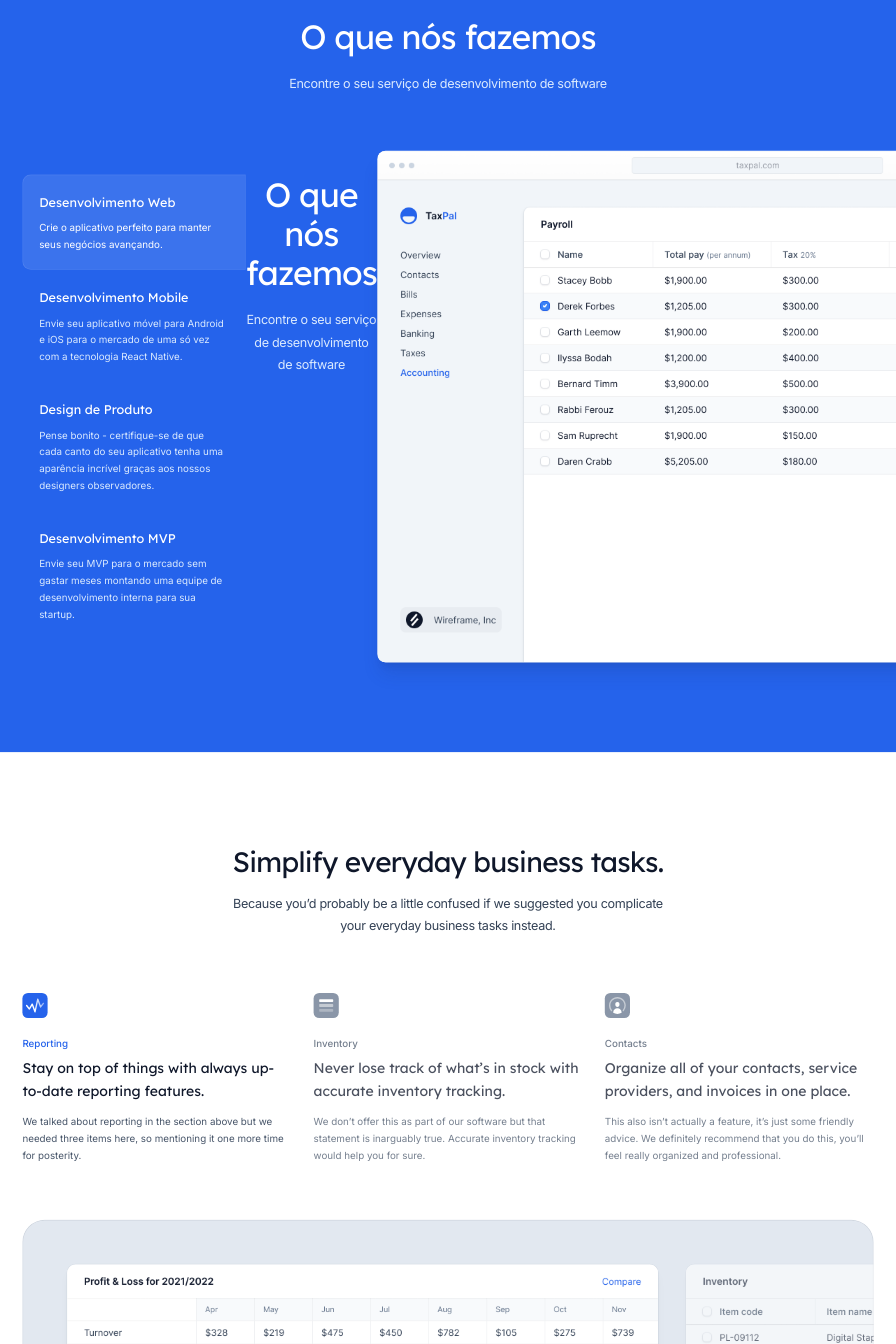
Repository: LuisSempre/imaginative
Page: /
The author's editor kept a copy of each file at every save. The page is drawn from the files as they stood at one save, then again after the next save.
The browser window is 1280 px wide. The pictures show the part of the page from y = 1988 to 3908 px (the page is 9918 px tall before and 10030 px after), at 70% of full size.
The project was rebuilt for these pictures with package versions that can differ from the ones it lists, and the page was loaded fresh each time. The framework's server and built-in components were replaced by stand-ins that run in the browser. Also part of the build but not shown: next.config.js.

Above is the page before, as saved 2022-07-15 10:42:59.

### src/pages/index.jsx
import Head from 'next/head'

import { CallToAction } from '@/components/CallToAction'
import { Faqs } from '@/components/Faqs'
import { Footer } from '@/components/Footer'
import { Header } from '@/components/Header'
import { Hero } from '@/components/Hero'
import { Contact } from '@/components/Contact'
import { PrimaryFeatures } from '@/components/PrimaryFeatures'
import { SecondaryFeatures } from '@/components/SecondaryFeatures'
import { Testimonials } from '@/components/Testimonials'

export default function Home() {
  return (
    <>
      <Head>
        <title>TaxPal - Accounting made simple for small businesses</title>
        <meta
          name="description"
          content="Most bookkeeping software is accurate, but hard to use. We make the opposite trade-off, and hope you don’t get audited."
        />
      </Head>
      <Header />
      <main>
        <Hero />
        <PrimaryFeatures />
        <SecondaryFeatures />
        <CallToAction />
        <Testimonials />
        <Contact />
        <Faqs />
      </main>
      <Footer />
    </>
  )
}

### src/components/CallToAction.jsx
import Image from 'next/future/image'

import { Button } from '@/components/Button'
import { Container } from '@/components/Container'
import backgroundImage from '@/images/background-call-to-action.jpg'

export function CallToAction() {
  return (
    <section
      id="get-started-today"
      className="relative overflow-hidden bg-blue-600 py-32"
    >
      <Image
        className="absolute top-1/2 left-1/2 max-w-none -translate-x-1/2 -translate-y-1/2"
        src={backgroundImage}
        alt=""
        width={2347}
        height={1244}
        unoptimized
      />
      <Container className="relative">
        <div className="mx-auto max-w-lg text-center">
          <h2 className="font-display text-3xl tracking-tight text-white sm:text-4xl">
            Get started today
          </h2>
          <p className="mt-4 text-lg tracking-tight text-white">
            It’s time to take control of your books. Buy our software so you can
            feel like you’re doing something productive.
          </p>
          <Button href="/register" color="white" className="mt-10">
            Get 6 months free
          </Button>
        </div>
      </Container>
    </section>
  )
}

### src/components/Footer.jsx
import Link from 'next/link'

import { Container } from '@/components/Container'
import { Logo } from '@/components/Logo'
import { NavLink } from '@/components/NavLink'

export function Footer() {
  return (
    <footer className="bg-slate-50">
      <Container>
        <div className="py-16">
          <Logo className="mx-auto h-10 w-auto" />
          <nav className="mt-10 text-sm" aria-label="quick links">
            <div className="-my-1 flex justify-center gap-x-6">
              <NavLink href="#features">Features</NavLink>
              <NavLink href="#testimonials">Testimonials</NavLink>
              <NavLink href="#pricing">Pricing</NavLink>
            </div>
          </nav>
        </div>
        <div className="flex flex-col items-center border-t border-slate-400/10 py-10 sm:flex-row-reverse sm:justify-between">
          <div className="flex gap-x-6">
            <Link
              href="https://twitter.com"
              className="group"
              aria-label="TaxPal on Twitter"
            >
              <svg
                aria-hidden="true"
                className="h-6 w-6 fill-slate-500 group-hover:fill-slate-700"
              >
                <path d="M8.29 20.251c7.547 0 11.675-6.253 11.675-11.675 0-.178 0-.355-.012-.53A8.348 8.348 0 0 0 22 5.92a8.19 8.19 0 0 1-2.357.646 4.118 4.118 0 0 0 1.804-2.27 8.224 8.224 0 0 1-2.605.996 4.107 4.107 0 0 0-6.993 3.743 11.65 11.65 0 0 1-8.457-4.287 4.106 4.106 0 0 0 1.27 5.477A4.073 4.073 0 0 1 2.8 9.713v.052a4.105 4.105 0 0 0 3.292 4.022 4.093 4.093 0 0 1-1.853.07 4.108 4.108 0 0 0 3.834 2.85A8.233 8.233 0 0 1 2 18.407a11.615 11.615 0 0 0 6.29 1.84" />
              </svg>
            </Link>
            <Link
              href="https://github.com"
              className="group"
              aria-label="TaxPal on GitHub"
            >
              <svg
                aria-hidden="true"
                className="h-6 w-6 fill-slate-500 group-hover:fill-slate-700"
              >
                <path d="M12 2C6.477 2 2 6.484 2 12.017c0 4.425 2.865 8.18 6.839 9.504.5.092.682-.217.682-.483 0-.237-.008-.868-.013-1.703-2.782.605-3.369-1.343-3.369-1.343-.454-1.158-1.11-1.466-1.11-1.466-.908-.62.069-.608.069-.608 1.003.07 1.531 1.032 1.531 1.032.892 1.53 2.341 1.088 2.91.832.092-.647.35-1.088.636-1.338-2.22-.253-4.555-1.113-4.555-4.951 0-1.093.39-1.988 1.029-2.688-.103-.253-.446-1.272.098-2.65 0 0 .84-.27 2.75 1.026A9.564 9.564 0 0 1 12 6.844a9.59 9.59 0 0 1 2.504.337c1.909-1.296 2.747-1.027 2.747-1.027.546 1.379.202 2.398.1 2.651.64.7 1.028 1.595 1.028 2.688 0 3.848-2.339 4.695-4.566 4.943.359.309.678.92.678 1.855 0 1.338-.012 2.419-.012 2.747 0 .268.18.58.688.482A10.02 10.02 0 0 0 22 12.017C22 6.484 17.522 2 12 2Z" />
              </svg>
            </Link>
          </div>
          <p className="mt-6 text-sm text-slate-500 sm:mt-0">
            Copyright &copy; {new Date().getFullYear()} TaxPal. All rights
            reserved.
          </p>
        </div>
      </Container>
    </footer>
  )
}

### src/components/Header.jsx
import { Fragment } from 'react'
import Link from 'next/link'
import { Popover, Transition } from '@headlessui/react'
import clsx from 'clsx'
import { Container } from '@/components/Container'
import { Logo } from '@/components/Logo'
import { NavLink } from '@/components/NavLink'

function MobileNavLink({ href, children }) {
  return (
    <Popover.Button as={Link} href={href} className="block w-full p-2">
      {children}
    </Popover.Button>
  )
}

function MobileNavIcon({ open }) {
  return (
    <svg
      aria-hidden="true"
      className="h-3.5 w-3.5 overflow-visible stroke-slate-700"
      fill="none"
      strokeWidth={2}
      strokeLinecap="round"
    >
      <path
        d="M0 1H14M0 7H14M0 13H14"
        className={clsx(
          'origin-center transition',
          open && 'scale-90 opacity-0'
        )}
      />
      <path
        d="M2 2L12 12M12 2L2 12"
        className={clsx(
          'origin-center transition',
          !open && 'scale-90 opacity-0'
        )}
      />
    </svg>
  )
}

function MobileNavigation() {
  return (
    <Popover>
      <Popover.Button
        className="relative z-10 flex h-8 w-8 items-center justify-center [&:not(:focus-visible)]:focus:outline-none"
        aria-label="Toggle Navigation"
      >
        {({ open }) => <MobileNavIcon open={open} />}
      </Popover.Button>
      <Transition.Root>
        <Transition.Child
          as={Fragment}
          enter="duration-150 ease-out"
          enterFrom="opacity-0"
          enterTo="opacity-100"
          leave="duration-150 ease-in"
          leaveFrom="opacity-100"
          leaveTo="opacity-0"
        >
          <Popover.Overlay className="fixed inset-0 bg-slate-300/50" />
        </Transition.Child>
        <Transition.Child
          as={Fragment}
          enter="duration-150 ease-out"
          enterFrom="opacity-0 scale-95"
          enterTo="opacity-100 scale-100"
          leave="duration-100 ease-in"
          leaveFrom="opacity-100 scale-100"
          leaveTo="opacity-0 scale-95"
        >
          <Popover.Panel
            as="div"
            className="absolute inset-x-0 flex flex-col p-4 mt-4 text-lg tracking-tight origin-top bg-white shadow-xl top-full rounded-2xl text-slate-900 ring-1 ring-slate-900/5"
          >
            <MobileNavLink href="#services">Serviços</MobileNavLink>
            <MobileNavLink href="#portifolio">Portfólio</MobileNavLink>
            <MobileNavLink href="#sobre">Sobre</MobileNavLink>
          </Popover.Panel>
        </Transition.Child>
      </Transition.Root>
    </Popover>
  )
}

export function Header() {
  return (
    <header className="py-10">
      <Container>
        <nav className="relative z-50 flex justify-between">
          <div className="flex items-center md:gap-x-12">
            <Link href="#" aria-label="Home">
              <Logo className="w-auto h-10" />
            </Link>
          </div>
          <div className="flex items-center gap-x-5 md:gap-x-8">
            <div className="hidden md:flex">
              <NavLink href="#services">Serviços</NavLink>
              <NavLink href="#portifolio">Portfólio</NavLink>
              <NavLink href="#sobre">Sobre</NavLink>
            </div>
            <div className="-mr-1 md:hidden">
              <MobileNavigation />
            </div>
          </div>
        </nav>
      </Container>
    </header>
  )
}

### src/components/Hero.jsx
import Image from 'next/future/image'

import { Button } from '@/components/Button'
import { Container } from '@/components/Container'
import logoLaravel from '@/images/logos/laravel.svg'
import logoMirage from '@/images/logos/mirage.svg'
import logoStatamic from '@/images/logos/statamic.svg'
import logoStaticKit from '@/images/logos/statickit.svg'
import logoTransistor from '@/images/logos/transistor.svg'
import logoTuple from '@/images/logos/tuple.svg'

export function Hero() {
  return (
    <Container className="pt-20 pb-16 text-center lg:pt-32">
      <h1 className="max-w-4xl mx-auto text-5xl font-medium tracking-tight font-display text-slate-900 sm:text-7xl">
        Construindo{' '}
        <span className="relative text-blue-500 whitespace-nowrap">
          <svg
            aria-hidden="true"
            viewBox="0 0 418 42"
            className="absolute top-2/3 left-0 h-[0.58em] w-full fill-blue-300/70"
            preserveAspectRatio="none"
          >
            <path d="M203.371.916c-26.013-2.078-76.686 1.963-124.73 9.946L67.3 12.749C35.421 18.062 18.2 21.766 6.004 25.934 1.244 27.561.828 27.778.874 28.61c.07 1.214.828 1.121 9.595-1.176 9.072-2.377 17.15-3.92 39.246-7.496C123.565 7.986 157.869 4.492 195.942 5.046c7.461.108 19.25 1.696 19.17 2.582-.107 1.183-7.874 4.31-25.75 10.366-21.992 7.45-35.43 12.534-36.701 13.884-2.173 2.308-.202 4.407 4.442 4.734 2.654.187 3.263.157 15.593-.78 35.401-2.686 57.944-3.488 88.365-3.143 46.327.526 75.721 2.23 130.788 7.584 19.787 1.924 20.814 1.98 24.557 1.332l.066-.011c1.201-.203 1.53-1.825.399-2.335-2.911-1.31-4.893-1.604-22.048-3.261-57.509-5.556-87.871-7.36-132.059-7.842-23.239-.254-33.617-.116-50.627.674-11.629.54-42.371 2.494-46.696 2.967-2.359.259 8.133-3.625 26.504-9.81 23.239-7.825 27.934-10.149 28.304-14.005.417-4.348-3.529-6-16.878-7.066Z" />
          </svg>
          <span className="relative">software inovador</span>
        </span>{' '}
        para você crescer.
      </h1>
      <p className="max-w-2xl mx-auto mt-6 text-xl tracking-tight text-slate-700">
        Desenvolvimento de aplicativos web e mobile
      </p>
      <div className="flex justify-center mt-10 gap-x-6">
        <Button className="px-12 py-4 text-xl" href="#contato">
          Entre em contato
        </Button>
      </div>
      <div className="mt-36 lg:mt-44">
        <p className="text-base font-display text-slate-900">
         Confiado por empresas inovadoras
        </p>
        <ul
          role="list"
          className="flex items-center justify-center mt-8 gap-x-8 sm:flex-col sm:gap-x-0 sm:gap-y-10 xl:flex-row xl:gap-x-12 xl:gap-y-0"
        >
          {[
            [
              { name: 'Transistor', logo: logoTransistor },
              { name: 'Tuple', logo: logoTuple },
              { name: 'StaticKit', logo: logoStaticKit },
            ],
            [
              { name: 'Mirage', logo: logoMirage },
              { name: 'Laravel', logo: logoLaravel },
              { name: 'Statamic', logo: logoStatamic },
            ],
          ].map((group, groupIndex) => (
            <li key={groupIndex}>
              <ul
                role="list"
                className="flex flex-col items-center gap-y-8 sm:flex-row sm:gap-x-12 sm:gap-y-0"
              >
                {group.map((company) => (
                  <li key={company.name} className="flex">
                    <Image src={company.logo} alt={company.name} unoptimized />
                  </li>
                ))}
              </ul>
            </li>
          ))}
        </ul>
      </div>
    </Container>
  )
}

### src/components/PrimaryFeatures.jsx
import { useEffect, useState } from 'react'
import Image from 'next/future/image'
import { Tab } from '@headlessui/react'
import clsx from 'clsx'

import { Container } from '@/components/Container'
import backgroundImage from '@/images/background-features.jpg'
import screenshotExpenses from '@/images/screenshots/expenses.png'
import screenshotPayroll from '@/images/screenshots/payroll.png'
import screenshotReporting from '@/images/screenshots/reporting.png'
import screenshotVatReturns from '@/images/screenshots/vat-returns.png'

const features = [
  {
    title: 'Desenvolvimento Web',
    description:
      'Crie o aplicativo perfeito para manter seus negócios avançando.',
    image: screenshotPayroll,
  },
  {
    title: 'Desenvolvimento Mobile',
    description:
      'Envie seu aplicativo móvel para Android e iOS para o mercado de uma só vez com a tecnologia React Native.',
    image: screenshotExpenses,
  },
  {
    title: 'Design de Produto',
    description:
      'Pense bonito - certifique-se de que cada canto do seu aplicativo tenha uma aparência incrível graças aos nossos designers observadores.',
    image: screenshotVatReturns,
  },
  {
    title: 'Desenvolvimento MVP',
    description:
      'Envie seu MVP para o mercado sem gastar meses montando uma equipe de desenvolvimento interna para sua startup.',
    image: screenshotReporting,
  },
]

export function PrimaryFeatures() {
  let [tabOrientation, setTabOrientation] = useState('horizontal')

  useEffect(() => {
    let lgMediaQuery = window.matchMedia('(min-width: 1024px)')

    function onMediaQueryChange({ matches }) {
      setTabOrientation(matches ? 'vertical' : 'horizontal')
    }

    onMediaQueryChange(lgMediaQuery)
    lgMediaQuery.addEventListener('change', onMediaQueryChange)

    return () => {
      lgMediaQuery.removeEventListener('change', onMediaQueryChange)
    }
  }, [])

  return (
    <section
      id="features"
      aria-label="Features for running your books"
      className="relative pt-20 overflow-hidden bg-blue-600 pb-28 sm:py-32"
    >
      <Image
        className="absolute top-1/2 left-1/2 max-w-none translate-x-[-44%] translate-y-[-42%]"
        src={backgroundImage}
        alt=""
        width={2245}
        height={1636}
        unoptimized
      />
      <Container className="relative">
        <div className="max-w-2xl md:mx-auto md:text-center xl:max-w-none">
          <h2 className="text-3xl tracking-tight text-white font-display sm:text-4xl md:text-5xl">
            O que nós fazemos
          </h2>
          <p className="mt-6 text-lg tracking-tight text-blue-100">
            Encontre o seu serviço de desenvolvimento de software
          </p>
        </div>
        <Tab.Group
          as="div"
          className="grid items-center grid-cols-1 pt-10 mt-16 gap-y-2 sm:gap-y-6 md:mt-20 lg:grid-cols-12 lg:pt-0"
          vertical={tabOrientation === 'vertical'}
        >
          {({ selectedIndex }) => (
            <>
              <div className="flex pb-4 -mx-4 overflow-x-auto sm:mx-0 sm:overflow-visible sm:pb-0 lg:col-span-5">
                <Tab.List className="relative z-10 flex px-4 gap-x-4 whitespace-nowrap sm:mx-auto sm:px-0 lg:mx-0 lg:block lg:gap-x-0 lg:gap-y-1 lg:whitespace-normal">
                  {features.map((feature, featureIndex) => (
                    <div
                      key={feature.title}
                      className={clsx(
                        'group relative rounded-full py-1 px-4 lg:rounded-r-none lg:rounded-l-xl lg:p-6',
                        selectedIndex === featureIndex
                          ? 'bg-white lg:bg-white/10 lg:ring-1 lg:ring-inset lg:ring-white/10'
                          : 'hover:bg-white/10 lg:hover:bg-white/5'
                      )}
                    >
                      <h3>
                        <Tab
                          className={clsx(
                            'font-display text-lg [&:not(:focus-visible)]:focus:outline-none',
                            selectedIndex === featureIndex
                              ? 'text-blue-600 lg:text-white'
                              : 'text-blue-100 hover:text-white lg:text-white'
                          )}
                        >
                          <span className="absolute inset-0 rounded-full lg:rounded-r-none lg:rounded-l-xl" />
                          {feature.title}
                        </Tab>
                      </h3>
                      <p
                        className={clsx(
                          'mt-2 hidden text-sm lg:block',
                          selectedIndex === featureIndex
                            ? 'text-white'
                            : 'text-blue-100 group-hover:text-white'
                        )}
                      >
                        {feature.description}
                      </p>
                    </div>
                  ))}
                </Tab.List>
                <div className="max-w-2xl md:mx-auto md:text-center xl:max-w-none">
                <h2 className="text-3xl tracking-tight text-white font-display sm:text-4xl md:text-5xl">
                  O que nós fazemos
                </h2>
                <p className="mt-6 text-lg tracking-tight text-blue-100">
                  Encontre o seu serviço de desenvolvimento de software
                </p>
              </div>
              </div>
              <Tab.Panels className="lg:col-span-7">
                {features.map((feature) => (
                  <Tab.Panel key={feature.title} unmount={false}>
                    <div className="relative sm:px-6 lg:hidden">
                      <div className="absolute -inset-x-4 top-[-6.5rem] bottom-[-4.25rem] bg-white/10 ring-1 ring-inset ring-white/10 sm:inset-x-0 sm:rounded-t-xl" />
                      <p className="relative max-w-2xl mx-auto text-base text-white sm:text-center">
                        {feature.description}
                      </p>
                    </div>
                    <div className="mt-10 w-[45rem] overflow-hidden rounded-xl bg-slate-50 shadow-xl shadow-blue-900/20 sm:w-auto lg:mt-0 lg:w-[67.8125rem]">
                      <Image
                        className="w-full"
                        src={feature.image}
                        alt=""
                        priority
                        sizes="(min-width: 1024px) 67.8125rem, (min-width: 640px) 100vw, 45rem"
                      />
                    </div>
                  </Tab.Panel>
                ))}
              </Tab.Panels>

            </>
          )}
        </Tab.Group>
      </Container>
    </section>
  )
}

### src/components/Button.jsx
import Link from 'next/link'
import clsx from 'clsx'

const baseStyles = {
  solid:
    'group inline-flex items-center justify-center rounded-full py-2 px-4 text-sm font-semibold focus:outline-none focus-visible:outline-2 focus-visible:outline-offset-2',
  outline:
    'group inline-flex ring-1 items-center justify-center rounded-full py-2 px-4 text-sm focus:outline-none',
}

const variantStyles = {
  solid: {
    slate:
      'bg-slate-900 text-white hover:bg-slate-700 hover:text-slate-100 active:bg-slate-800 active:text-slate-300 focus-visible:outline-slate-900',
    blue: 'bg-blue-600 text-white hover:text-slate-100 hover:bg-blue-500 active:bg-blue-800 active:text-blue-100 focus-visible:outline-blue-600',
    white:
      'bg-white text-slate-900 hover:bg-blue-50 active:bg-blue-200 active:text-slate-600 focus-visible:outline-white',
  },
  outline: {
    slate:
      'ring-slate-200 text-slate-700 hover:text-slate-900 hover:ring-slate-300 active:bg-slate-100 active:text-slate-600 focus-visible:outline-blue-600 focus-visible:ring-slate-300',
    white:
      'ring-slate-700 text-white hover:ring-slate-500 active:ring-slate-700 active:text-slate-400 focus-visible:outline-white',
  },
}

export function Button({
  variant = 'solid',
  color = 'slate',
  className,
  href,
  ...props
}) {
  className = clsx(
    baseStyles[variant],
    variantStyles[variant][color],
    className
  )

  return href ? (
    <Link href={href} className={className} {...props} />
  ) : (
    <button className={className} {...props} />
  )
}

### src/components/Logo.jsx
import Image from 'next/image'
import logo from '../images/logos/logo.png'
export function Logo(props) {
  return <Image src={logo}  width={200}  height={32} alt="Picture of the author" />
}

Loaded but not shown: src/pages/_app.jsx (common file); src/pages/_document.jsx (common file); src/styles/tailwind.css (common file); src/components/Container.jsx (common file); src/components/NavLink.jsx (common file); tailwind.config.js (common file); src/components/Contact.jsx (187 lines, source omitted); src/components/SecondaryFeatures.jsx (231 lines, source omitted); src/components/Testimonials.jsx (144 lines, source omitted); src/components/Faqs.jsx (110 lines, source omitted)

After the next save:
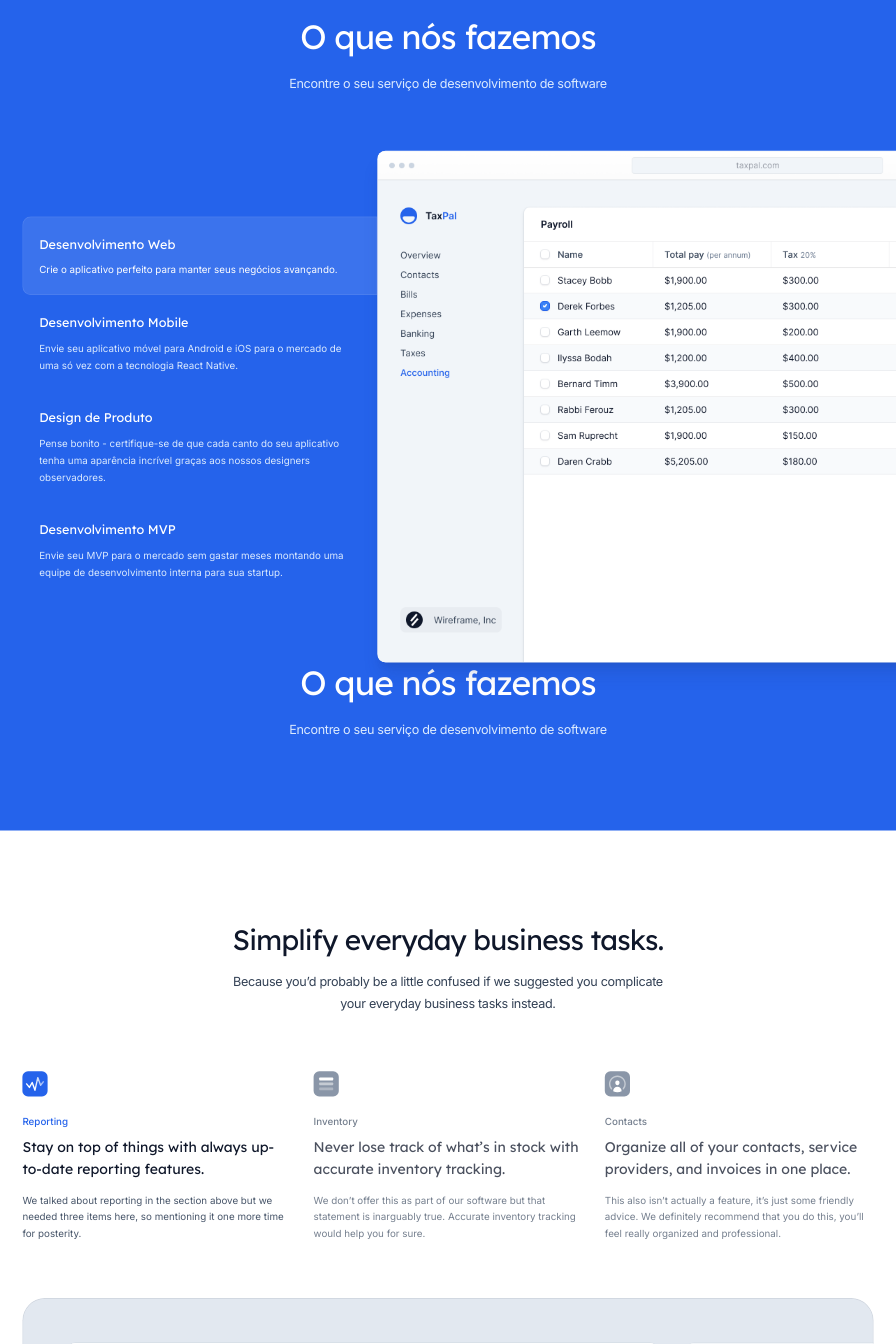
Saved 65 s later.
--- a/src/components/PrimaryFeatures.jsx
+++ b/src/components/PrimaryFeatures.jsx
@@ -123,14 +123,6 @@
                     </div>
                   ))}
                 </Tab.List>
-                <div className="max-w-2xl md:mx-auto md:text-center xl:max-w-none">
-                <h2 className="text-3xl tracking-tight text-white font-display sm:text-4xl md:text-5xl">
-                  O que nós fazemos
-                </h2>
-                <p className="mt-6 text-lg tracking-tight text-blue-100">
-                  Encontre o seu serviço de desenvolvimento de software
-                </p>
-              </div>
               </div>
               <Tab.Panels className="lg:col-span-7">
                 {features.map((feature) => (
@@ -158,6 +150,14 @@
           )}
         </Tab.Group>
       </Container>
+      <div className="max-w-2xl md:mx-auto md:text-center xl:max-w-none">
+                <h2 className="text-3xl tracking-tight text-white font-display sm:text-4xl md:text-5xl">
+                  O que nós fazemos
+                </h2>
+                <p className="mt-6 text-lg tracking-tight text-blue-100">
+                  Encontre o seu serviço de desenvolvimento de software
+                </p>
+              </div>
     </section>
   )
 }
